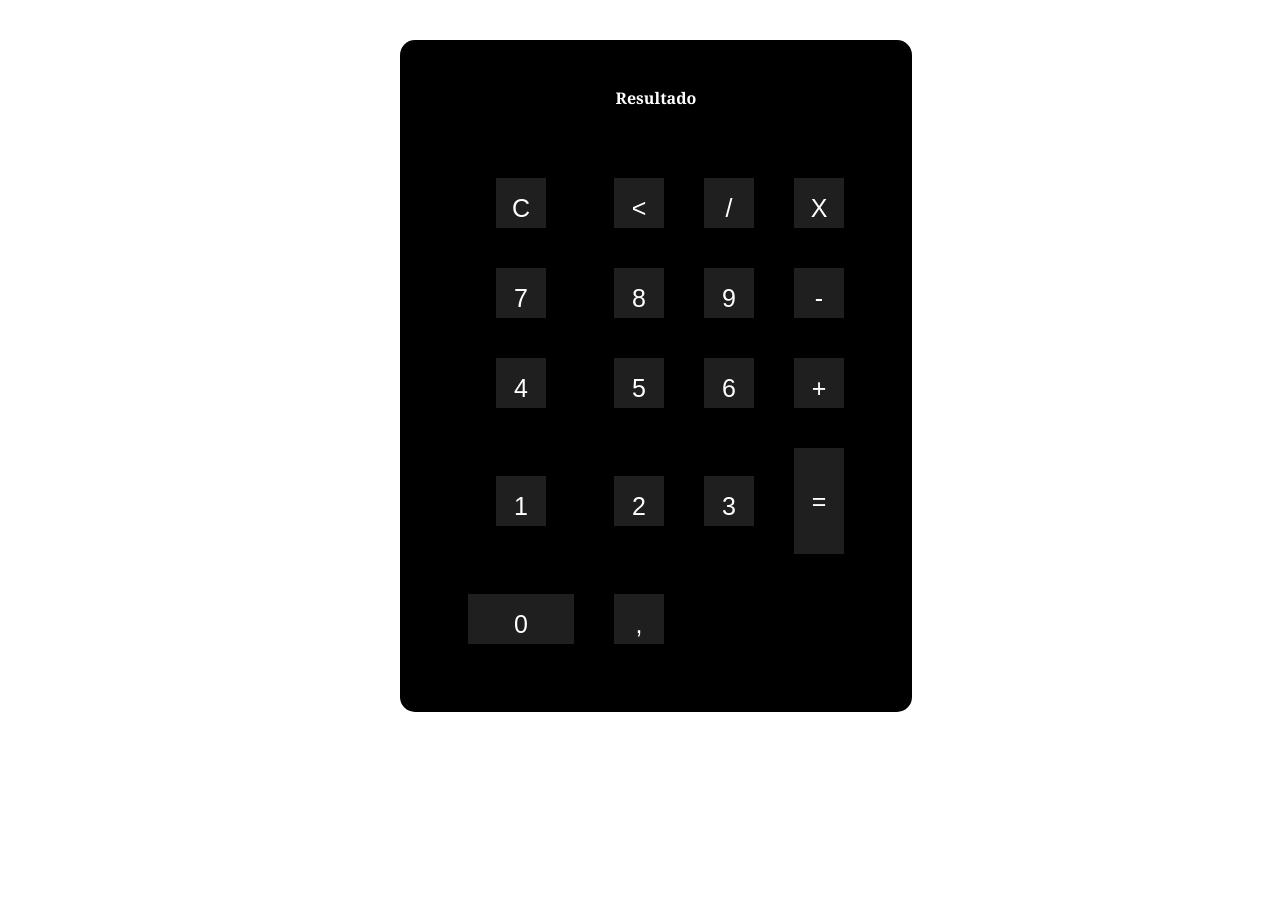
Repository: marllon-hetzler/calculadora.js
Page: interface.html
The author's editor kept a copy of each file at every save. The page is drawn from the files as they stood at one save, then again after the next save.
The browser window is 1280 px wide. The pictures show the whole page.

Above is the page before, as saved 2022-11-04 19:29:07.

### interface.html
<!DOCTYPE html>
<html lang="en">
<head>
    <meta charset="UTF-8">
    <meta http-equiv="X-UA-Compatible" content="IE=edge">
    <meta name="viewport" content="width=, initial-scale=1.0">
    <title>Document</title>
</head>
<body>
    <style>
        *{
            margin: 1rem;
            padding: 1rem;
        }
        .fundo{
            background-image:linear-gradient(45deg,black), red;
            height:100vh;
            color: white;
            font-family: Georgia, 'Times New Roman', Times, serif;
            font-weight: bold;
            text-align: center;

        }
        .calculadora{
            position:absolute;
            background-color: rgba(0,0,0.8);
            top:50%;
            left: 50%;
            transform:translate(-50%,-50%) ;
            border-radius: 15px;
            padding: 15px;


        }
        .botao{
            width: 50px;
            height: 50px;
            font-size: 25px;
            cursor:pointer;
            background-color: rgb(31,31,31) ;
            border: none;
            color:white;
            margin: 3px;

            }
        .botao:hover{
            background-color: darkgray;
        }
        h1{color: black;}
    </style>
    <div class="fundo">
    <h1>Marllon Antonio Machado</h1>
    <div class="calculadora">
        <p>Resultado</p>
        <table>
            <tr>
                <td><button class ="botao">C</button></td>
                <td><button class ="botao"><</button></td>
                <td><button class ="botao">/</button></td>
                <td><button class ="botao">X</button></td>
            </tr>

            <tr>
                <td><button class ="botao">7</button></td>
                <td><button class ="botao">8</button></td>
                <td><button class ="botao">9</button></td>
                <td><button class ="botao">-</button></td>
            </tr>

            <tr>
                <td><button class ="botao">4</button></td>
                <td><button class ="botao">5</button></td>
                <td><button class ="botao">6</button></td>
                <td><button class ="botao">+</button></td>
            </tr>

            <tr>
                <td><button class ="botao">1</button></td>
                <td><button class ="botao">2</button></td>
                <td><button class ="botao">3</button></td>
                <td><button class ="botao" style="height:106px;">=</button></td>
            </tr>

            <tr>
                <td><button class ="botao" style="width:106px ;">0</button></td>
                <td><button class ="botao">,</button></td>

            </tr>
        </table>
    </div>
    </div>
</body>
</html>

After the next save:
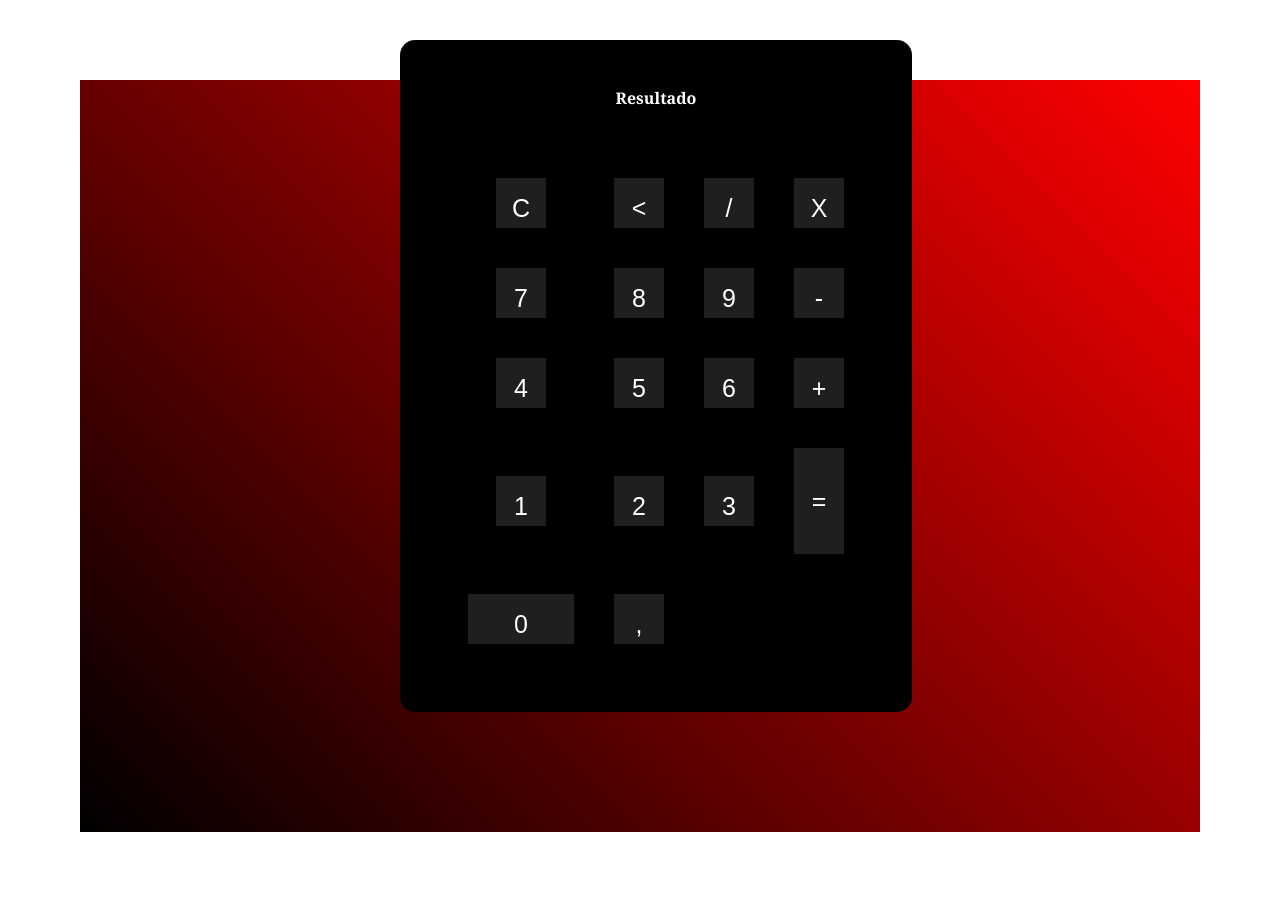
Saved 30 s later.
--- a/interface.html
+++ b/interface.html
@@ -13,7 +13,7 @@
             padding: 1rem;
         }
         .fundo{
-            background-image:linear-gradient(45deg,black), red;
+            background-image:linear-gradient(45deg,black, red);
             height:100vh;
             color: white;
             font-family: Georgia, 'Times New Roman', Times, serif;
